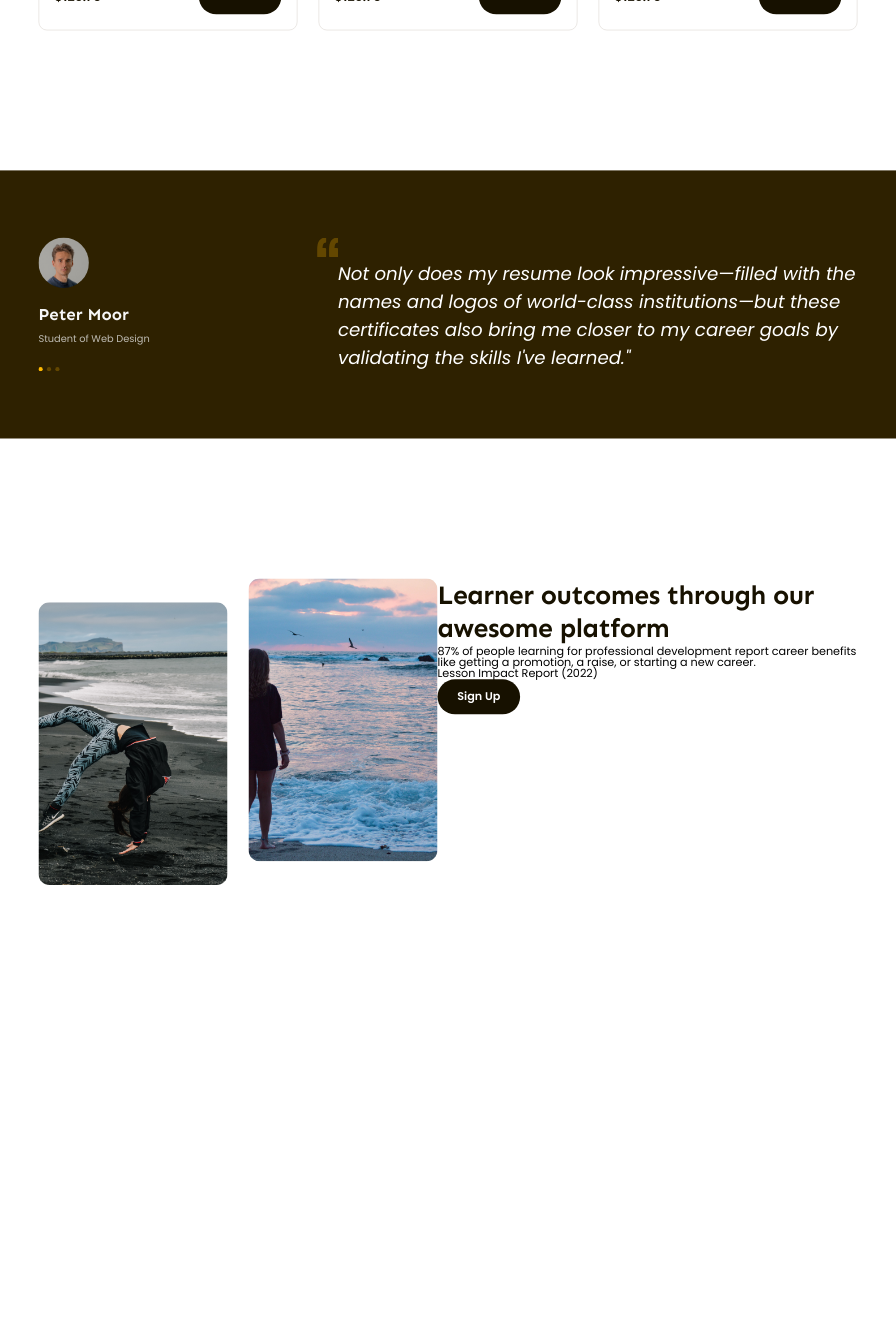
Repository: ynguyen1512/htmlcss-project-02
Page: index.html
An editor plug-in stored every save of this project. The page is shown before and after the next save, followed by the edit.
The browser window is 1280 px wide. The pictures show the part of the page from y = 1698 to 3618 px (the page is 5000 px tall), at 70% of full size.
Pictures or frames that could not be fetched are drawn as grey boxes. A picture or video elsewhere on the page could not be fetched, so the positions and the page height are approximate.

Above is the page before, as saved 2023-03-08 23:20:22.

After the next save:
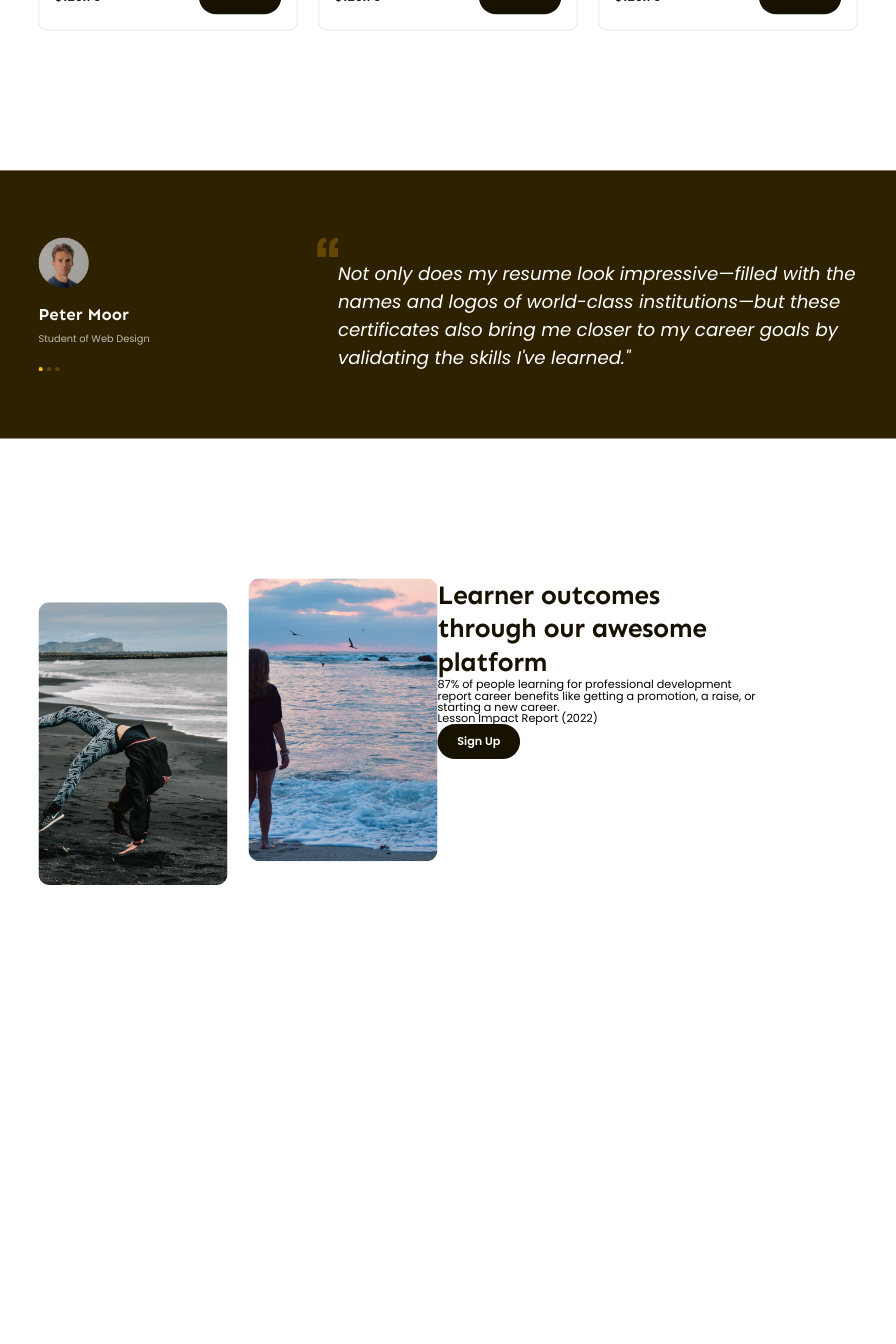
Saved 109 s later.
--- a/assets/css/style.css
+++ b/assets/css/style.css
@@ -511,3 +511,7 @@ a {
 .features img.lower {
     margin-top: 34px;
 }
+
+.features .content {
+    width: 40%;
+}
